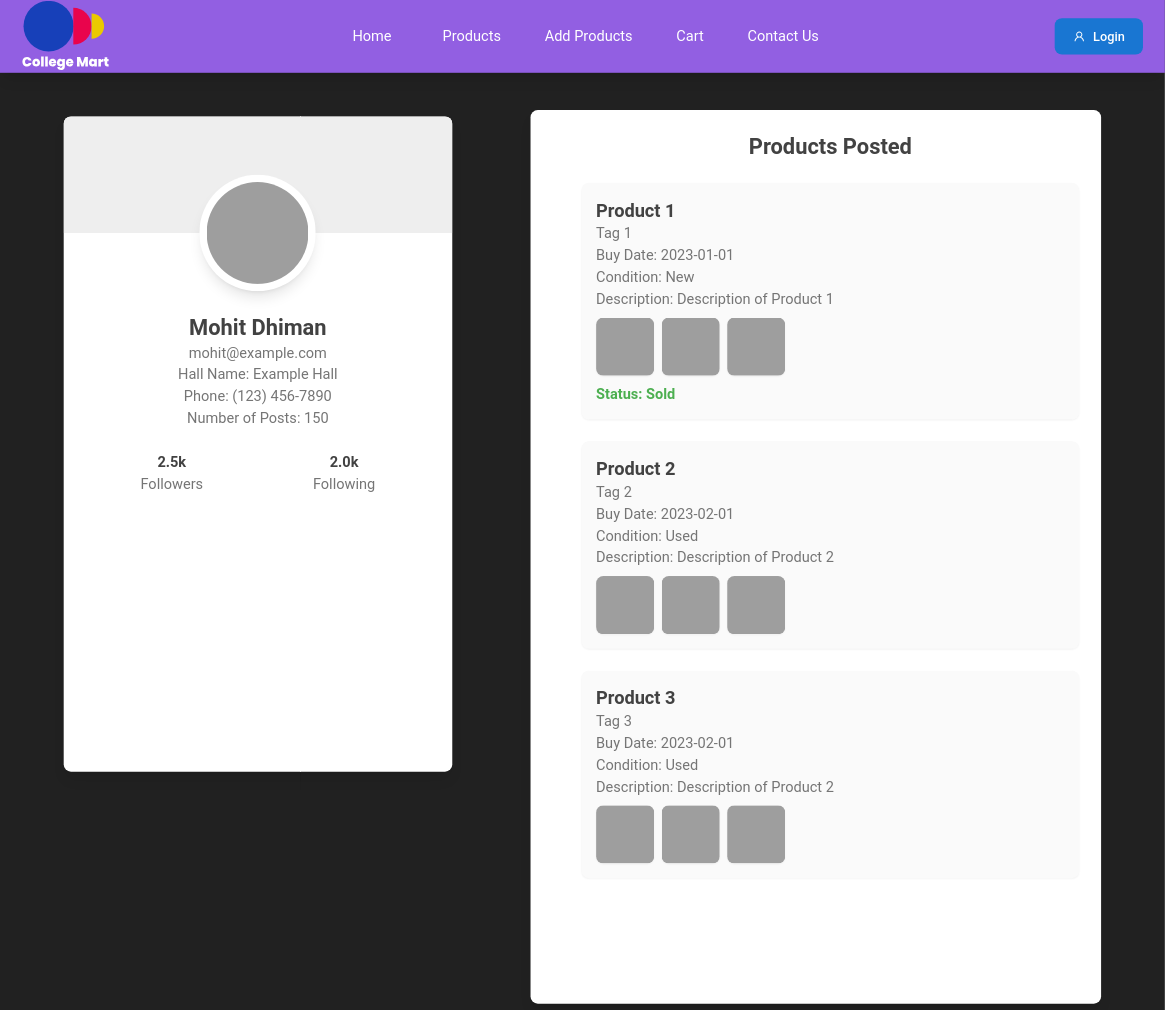
Repository: kumar1397/College-Mart
Page: /home/profile
The author's editor kept a copy of each file at every save. The page is drawn from the files as they stood at one save, then again after the next save.
The browser window is 1280 px wide. The pictures show the whole page, at 91% of full size.
Pictures or frames that could not be fetched are drawn as grey boxes. Some web fonts or font styles are not loaded; a fallback is used. Some web libraries are served in a nearby version. The project was rebuilt for these pictures with package versions that can differ from the ones it lists, and the page was loaded fresh each time. Also part of the build but not shown: src/components/forgetPassword/forgetpassword.jsx, src/components/Auth.js, src/components/hero/Heronavbar.jsx, src/components/hero/footer.jsx, src/components/hero/Carousel.jsx, src/components/hero/Hero.jsx, src/components/new-home-page/header.jsx, src/components/new-home-page/footer_cont.jsx and 12 more.

Above is the page before, as saved 2024-07-15 16:06:59.

After the next save:
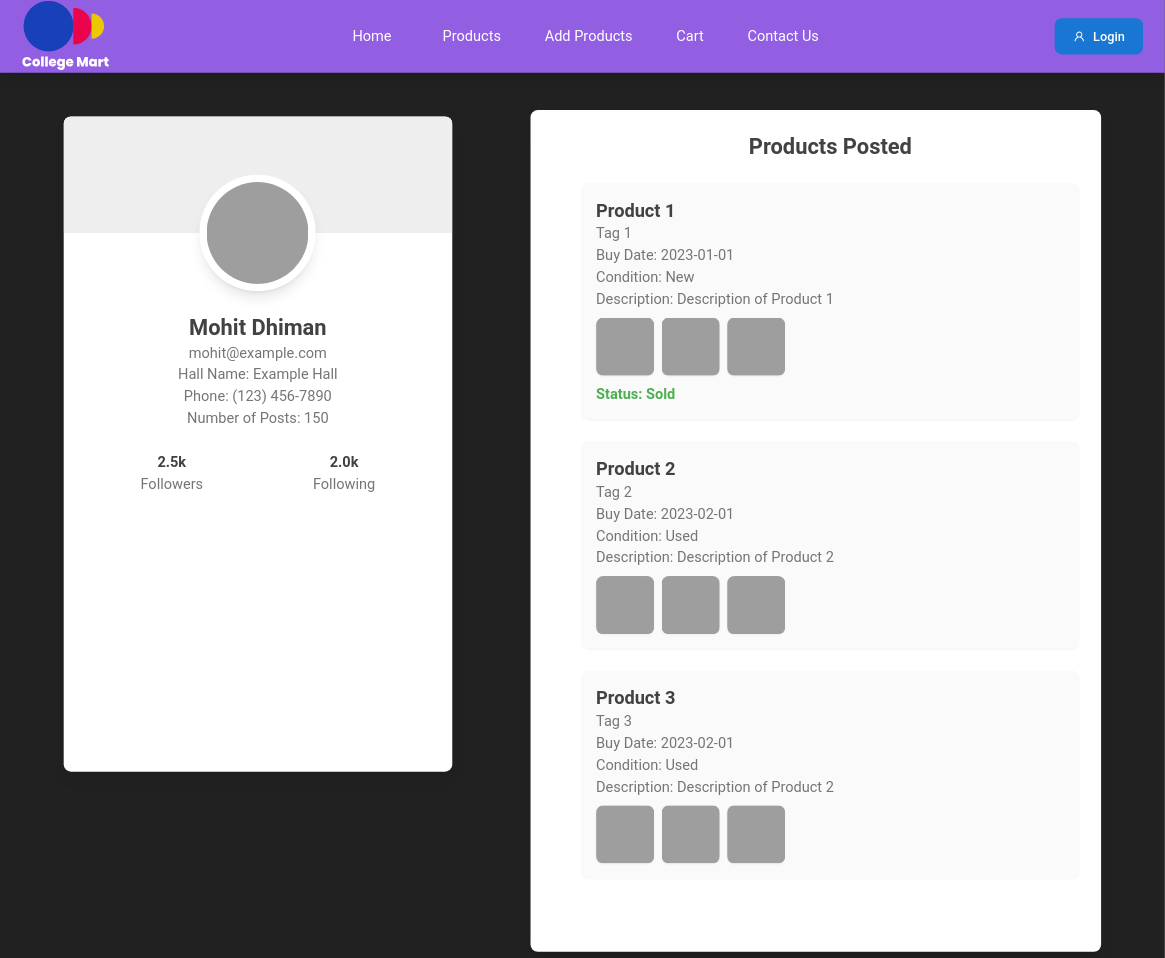
Saved 15 s later.
--- a/src/components/profile/profile.jsx
+++ b/src/components/profile/profile.jsx
@@ -63,7 +63,7 @@ export default function Profile() {
                         </div>
                     </div>
 
-                    <div className="lg:ml-1/3 w-full bg-white rounded-lg shadow-lg overflow-y-auto h-full pl-8" style={{ marginLeft: "45%" , marginTop: "5%", marginBottom: "5%"}}>
+                    <div className="lg:ml-1/3 w-full bg-white rounded-lg shadow-lg overflow-y-auto h-full pl-8" style={{ marginLeft: "45%" , marginTop: "5%"}}>
                         <div className="p-6">
                             <h2 className="text-2xl font-semibold text-gray-800 text-center">Products Posted</h2>
                             <div className="mt-6 space-y-6">
